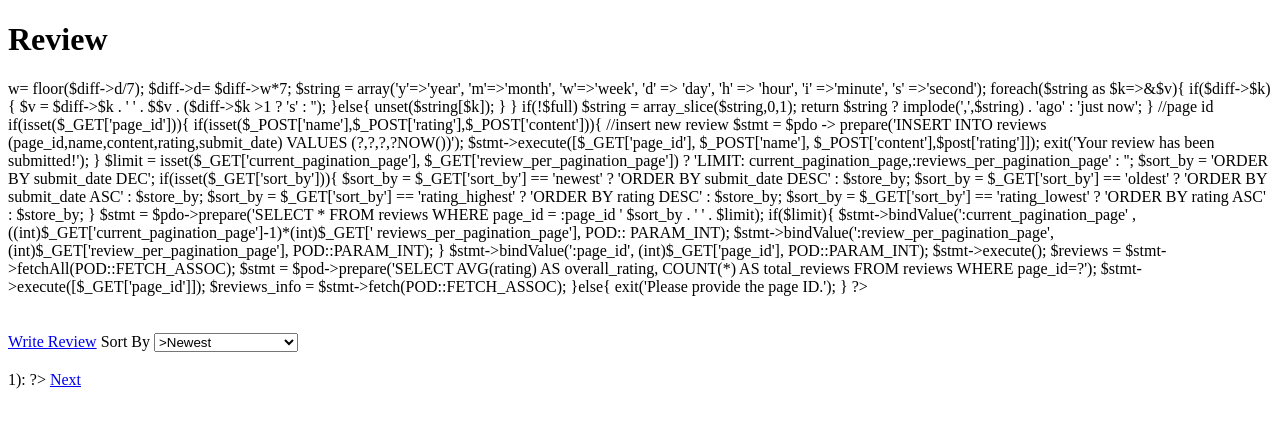
Repository: chathura226/SeekWork_Group_Project_I
Page: ratingsystem/index.html
An editor plug-in stored every save of this project. The page is shown before and after the next save, followed by the edit.
The browser window is 1280 px wide. The pictures show the whole page.

Above is the page before, as saved 2023-12-21 22:57:45.
Console error: TypeError: Cannot set properties of null (setting 'onsubmit')

### ratingsystem/index.html
<!DOCTYPE html>
<html>
    <head>
        <title>Reviews System</title>
        <link rel="stylesheet" type="text/css" href="style.css">
        <link rel="stylesheet" type="text/css" href="reviews.css">

    </head>
    <body>

        <h1>Review</h1>

        <div class="content home">
            <div class="reviews"></div>
            <script src="reviews.js"></script>

            <script>
                new Reviews(
                    {
                        page_id:1,
                        reviews_per_pagination_page:5,
                        current_pagination_page:1
                    }
                );
            </script>
        </div>
    </body>

</html>

### ratingsystem/reviews.css
.reviews .overall_rating .num{
    font-size: 30px;
    font-weight: bold;
    color: #F5A624;
}

.reviews .overall_rating .stars{
    letter-spacing:3px;
    font-size: 32px;
    padding: 0 5px 0 10px;
    color: #F5A624;
}

### ratingsystem/reviews.js
class Reviews{
    constructor(options){

        let defaults = {
            page_id:1 ,
            container: document.querySelector(".reviews"),
            php_file_url:"reviews.php"
        };

        this.options = Object.assign(defaults,options);
        this.fetchReviews();


    }


    fetchReviews(){
        let url = `${this.phpFileUrl}?page_id={this.page_ID}`;
        url+=" current_pagination_page" in this.options? `& current_pagination_page=${this. currentPaginationPage}`:'';
        url += "reviews_per_pagination_page" in this.options?`&reviews_per_pagination_page=${this.reviewsPerPagination}`:'';
        url += "sort_by" in this.options ? `&sort_by=${this.sortBy};` :'';
        fetch(url).then(response=>response.text()).then(data=> {

            this.container.innerHTML = data;
            this._eventHandlers();


        });
    }

    get reviewsPerPaginationPage(){

        return this.options.reviews_per_pagination_page;

    }

    set  reviewsPerPaginationPage(values){
        this.options.reviews_per_pagination_page = value;
    }


    get currentPaginationPage(){
        return this.current_pagination_page;
    }

    set currentPaginationPage(value){
        this.options.current_pagination_page=value;
    }

    get page_ID(){
        return this.options.page_id;
    }

    set page_ID(value){
        this.options.page_id=value;
    }

    get phpFileUrl(){
        return this.options.php_file_url;
    }

    set phpFileUrl(value){
        this.options.php_file_url = value;
    }

    get container(){
        return this.options.container
    }

    set container(value){
        this.options.container=value;
    }

    get sortBy(){
        return this.options.sort_by;
    }

    set sortBy(value){
        this.options.sort_by=value;
    }

    _eventHandlers(){
        this.container.querySelector(".write_review_btn").onclick = event =>{
            event.preventDefault();
            this.container.querySelector("write_review").style.display='block';
            this.container.querySelector("write_review input[name='name']").focus();


        };

        this.container.querySelector(".write_review form").onsubmit = event =>{
            event.preventDefault();
            fetch(`${this.phpFileUrl}?page_id=${this.page_ID}`,{
                method:'POST',
                body:new FormData(this.container.querySelector(".write_review form"))
            }).then(response=>response.text()).then(data=>{
                this.container.querySelector(".write_review").innerHTML=data;
            });
            this.container.querySelector("sort_by").onchange=event=>{
                this.sortBy=event.value;
                this.fetchReviews();
            };
            if(this.reviewsPerPaginationPage && this.currentPaginationPage){
                this.container.querySelectorAll(".pagination a").forEach(a=>{
                    a.onclick = event => {
                        event.preventDefault();
                        this.currentPaginationPage=event.target.dataset.pagination_page;
                        this.reviewsPerPaginationPage=event.target.dataset.records_per_page;
                        this.fetchReviews();
                    };
                });
            }
        }

    }




}

Loaded but not shown: ratingsystem/style.css (no stored copy; drawn as an empty file)

After the next save:
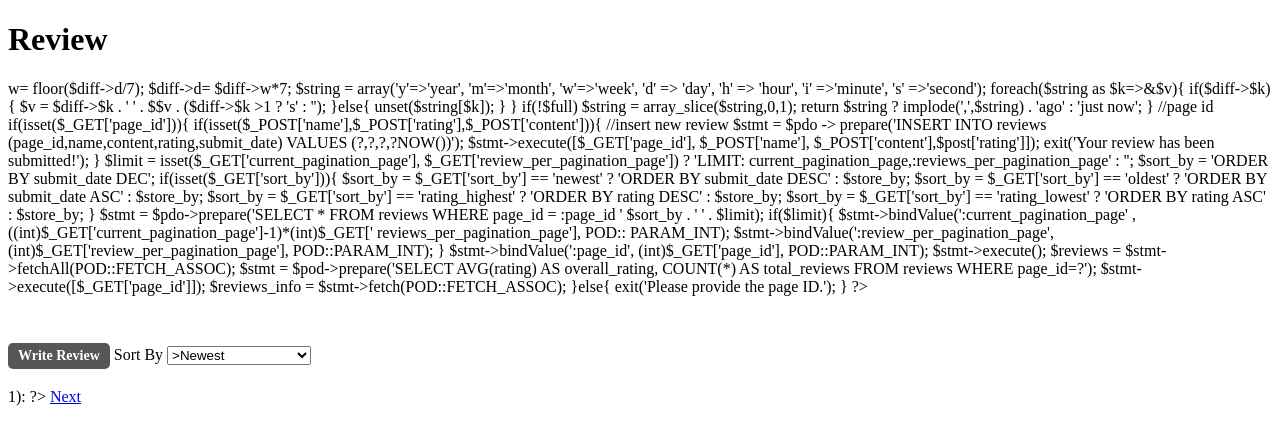
Saved 6 min 8 s later.
--- a/ratingsystem/reviews.css
+++ b/ratingsystem/reviews.css
@@ -10,3 +10,22 @@
     padding: 0 5px 0 10px;
     color: #F5A624;
 }
+
+.reviews .overall_rating .total{
+    color:#777777;
+    font-size: 14px;
+}
+
+.reviews .write_review_btn, .reviews .write_review button{
+    display: inline-flex;
+    background-color: #565656;
+    color: #fff;
+    text-decoration: none;
+    margin: 10px 0 0 0;
+    padding: 5px 10px;
+    border-radius: 5px;
+    font-size: 14px;
+    font-weight: 600;
+    border: 0;
+
+}
